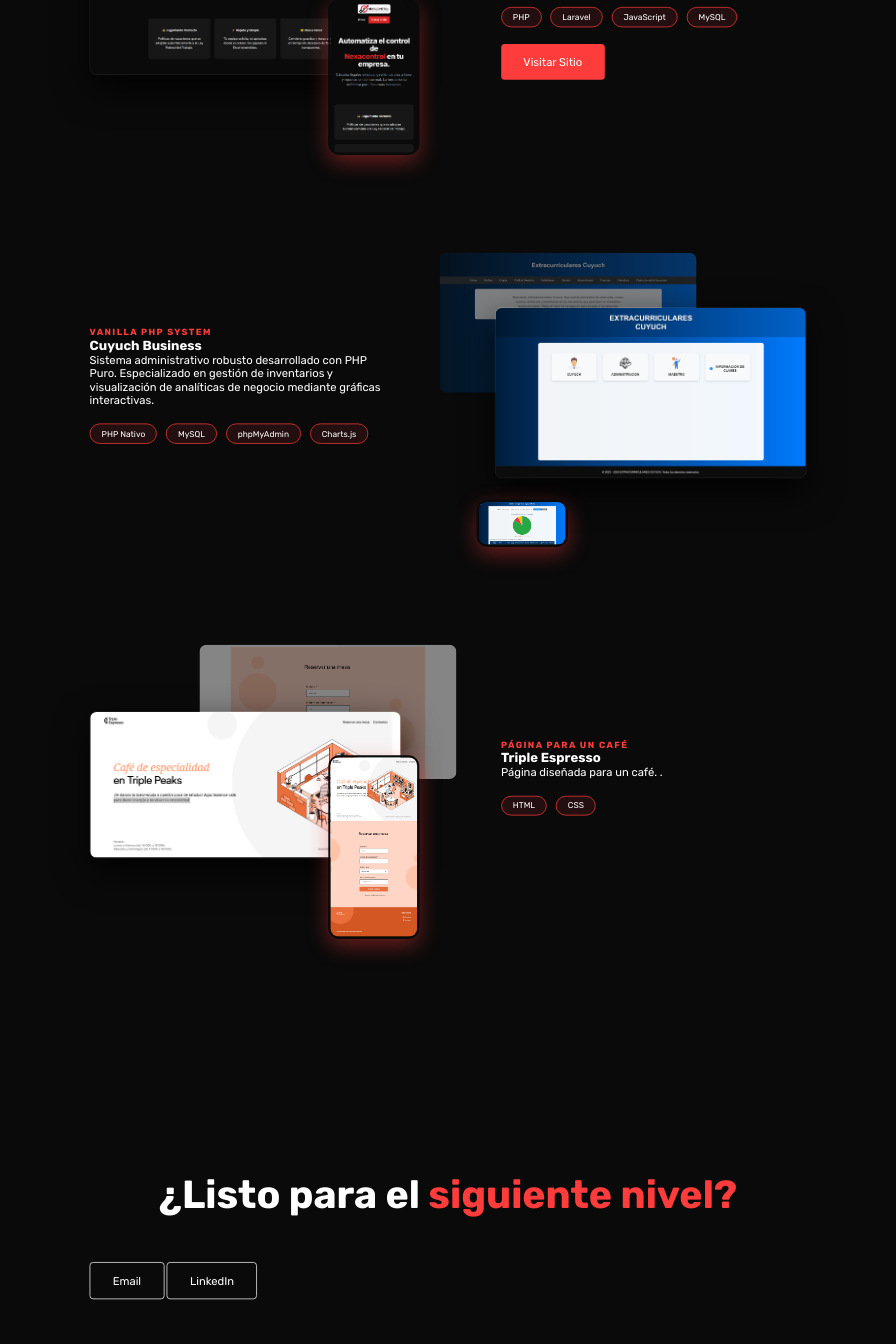
Repository: hercules830/Mi-portfolio-profesional
Page: index.html
These files come from the project's save history. The page is drawn as it stood at one moment and after the next save; the edit follows.
The browser window is 1280 px wide. The pictures show the part of the page from y = 1690 to 3610 px (the page is 3610 px tall), at 70% of full size.
Some web fonts or font styles are not loaded; a fallback is used.

Above is the page before, as saved 2026-05-30 20:08:31.

### index.html
<!DOCTYPE html>
<html lang="es">
  <head>
    <meta charset="UTF-8" />
    <meta name="viewport" content="width=device-width, initial-scale=1.0" />
    <link rel="stylesheet" href="styles.css" />
    <link rel="preconnect" href="https://fonts.googleapis.com" />
    <link rel="preconnect" href="https://fonts.gstatic.com" crossorigin />
    <link
      href="https://fonts.googleapis.com/css2?family=Rubik:wght@300;400;700&family=Rubik+Storm&display=swap"
      rel="stylesheet"
    />
    <title>Brayan Espinoza | Full Stack Developer</title>
  </head>
  <body>
    <header class="header">
      <nav class="nav">
        <div class="logo-container">
          <p class="logo">BRAYAN <span>ESPINOZA</span></p>
        </div>
        <ul class="links">
          <li><a class="link" href="#inicio">Inicio</a></li>
          <li><a class="link" href="#habilidades">Habilidades</a></li>
          <li><a class="link" href="#proyectos">Proyectos</a></li>
          <li><a class="link" href="#contacto">Contacto</a></li>
        </ul>
      </nav>

      <div class="description" id="inicio">
        <h1 class="header-title">Brayan</h1>
        <p class="my-description">Engineer + Full Stack Web Developer</p>
        <div class="cta-container">
          <a href="#proyectos" class="btn-primary">Ver Proyectos</a>
          <a href="#contacto" class="btn-secondary">Contáctame</a>
        </div>
      </div>
    </header>

    <section class="section" id="habilidades">
      <h2 class="section-title">Habilidades <span>Técnicas</span></h2>
      <div class="skills-grid">
        <div class="skill-card">
          <h3>Backend</h3>
          <p>PHP, Laravel, Node.js, MySQL, Eloquent ORM, REST APIs</p>
        </div>
        <div class="skill-card">
          <h3>Frontend</h3>
          <p>JavaScript (ES6+), React, HTML5, CSS3, Tailwind</p>
        </div>
        <div class="skill-card">
          <h3>Herramientas</h3>
          <p>Git, Postman, SCRUM, Linux, arquitectura de bases de datos</p>
        </div>
      </div>
    </section>

    <section class="section" id="proyectos">
      <h2 class="section-title">Proyectos <span>SaaS</span></h2>

      <!-- PROYECTO 1: NEXACONTROL (Tecnologías originales) -->
      <div class="featured-project">
        <div class="featured-img-container">
          <img
            src="assets/img/projects/indexNexa.png"
            alt="Nexacontrol Landing"
            class="img-lead zoomable"
          />
          <img
            src="assets/img/projects/panelJefeAreaNexa.png"
            alt="Nexacontrol Panel"
            class="img-panel zoomable"
          />
          <img
            src="assets/img/projects/indexNexaPhone.png"
            alt="Nexacontrol Mobile"
            class="img-phone zoomable"
          />
        </div>
        <div class="featured-info">
          <span class="tag">SaaS Ecosystem</span>
          <h3>Nexacontrol</h3>
          <p>
            Plataforma integral de gestión de capital humano. Automatiza
            cálculos de legislación laboral, control de asistencia y flujos de
            aprobación para RRHH.
          </p>
          <div class="tech-stack">
            <span>PHP</span><span>Laravel</span><span>JavaScript</span
            ><span>MySQL</span>
          </div>
          <div class="actions">
            <a
              href="https://nexacontrolapp.com"
              target="_blank"
              class="btn-primary"
              >Visitar Sitio</a
            >
          </div>
        </div>
      </div>

      <!-- PROYECTO 2: CUYUCH (PHP Puro / Vanilla) -->
      <div class="featured-project reverse">
        <div class="featured-info">
          <span class="tag">Vanilla PHP System</span>
          <h3>Cuyuch Business</h3>
          <p>
            Sistema administrativo robusto desarrollado con PHP Puro.
            Especializado en gestión de inventarios y visualización de
            analíticas de negocio mediante gráficas interactivas.
          </p>
          <div class="tech-stack">
            <span>PHP Nativo</span><span>MySQL</span><span>phpMyAdmin</span
            ><span>Charts.js</span>
          </div>
        </div>
        <div class="featured-img-container">
          <img
            src="assets/img/projects/indexCuyuch.png"
            alt="Cuyuch Home"
            class="img-lead zoomable"
          />
          <img
            src="assets/img/projects/panelCuyuch.png"
            alt="Cuyuch Admin"
            class="img-panel zoomable"
          />
          <img
            src="assets/img/projects/graficaCuyuch.png"
            alt="Cuyuch Stats"
            class="img-phone zoomable"
          />
        </div>
      </div>

      <!-- PROYECTO 3: Triple Expresso (HTML, CSS) -->
      <div class="featured-project">
        <div class="featured-img-container">
          <img
            src="assets/img/projects/headTripleExpresso.png"
            alt="Cuyuch Home"
            class="img-lead zoomable"
          />
          <img
            src="assets/img/projects/formTripleEspresso.png"
            alt="Cuyuch Admin"
            class="img-panel zoomable"
          />
          <img
            src="assets/img/projects/phoneTripleEspresso.png"
            alt="Cuyuch Stats"
            class="img-phone zoomable"
          />
        </div>
        <div class="featured-info">
          <span class="tag">Página para un Café</span>
          <h3>Triple Espresso</h3>
          <p>Página diseñada para un café. .</p>
          <div class="tech-stack"><span>HTML</span><span>CSS</span></div>
        </div>
      </div>
    </section>

    <!-- MODAL PARA ZOOM (Lightbox) -->
    <div id="imageModal" class="modal">
      <span class="close">&times;</span>
      <img class="modal-content" id="imgFull" />
    </div>

    <footer class="section" id="contacto">
      <h2 class="section-title">
        ¿Listo para el <span>siguiente nivel?</span>
      </h2>
      <div class="social-links">
        <a href="mailto:musicabjhe830@gmail.com" class="btn-secondary">Email</a>
        <a
          href="https://www.linkedin.com/in/brayan-espinoza-57191512a"
          target="_blank"
          class="btn-secondary"
          >LinkedIn</a
        >
      </div>
    </footer>

    <script src="script.js"></script>
  </body>
</html>

### styles.css
:root {
  --primary-red: #ff3c3c;
  --dark-bg: #0a0a0a;
  --card-bg: #141414;
  --text-white: #ffffff;
  --gray-text: #b3b3b3;
}

* {
  margin: 0;
  padding: 0;
  box-sizing: border-box;
  scroll-behavior: smooth;
}
body {
  background-color: var(--dark-bg);
  color: var(--text-white);
  font-family: "Rubik", sans-serif;
  overflow-x: hidden;
}

/* --- HEADER --- */
.header {
  height: 100vh;
  background: linear-gradient(to bottom, transparent 60%, var(--dark-bg) 100%),
    linear-gradient(rgba(0, 0, 0, 0.5), rgba(0, 0, 0, 0.5)),
    url("assets/background.jpg");
  background-size: cover;
  background-position: center;
  display: flex;
  flex-direction: column;
}
.nav {
  display: flex;
  justify-content: space-between;
  padding: 2rem 5%;
  align-items: center;
}
.logo {
  font-weight: bold;
  letter-spacing: 2px;
}
.logo span {
  color: var(--primary-red);
}
.links {
  display: flex;
  list-style: none;
  gap: 2rem;
}
.link {
  color: white;
  text-decoration: none;
  font-size: 0.9rem;
  transition: 0.3s;
}
.link:hover {
  color: var(--primary-red);
}

.description {
  flex: 1;
  display: flex;
  flex-direction: column;
  justify-content: center;
  padding-left: 10%;
}
.header-title {
  font-family: "Rubik Storm", cursive;
  font-size: clamp(4rem, 10vw, 8rem);
  color: var(--primary-red);
  text-shadow: 0 0 30px rgba(255, 60, 60, 0.4);
}
.my-description {
  font-size: 1.5rem;
  color: var(--gray-text);
  margin-bottom: 2rem;
}

/* --- BOTONES --- */
.btn-primary {
  background: var(--primary-red);
  color: white;
  padding: 1rem 2rem;
  text-decoration: none;
  border-radius: 5px;
  transition: 0.3s;
  display: inline-block;
}
.btn-secondary {
  border: 1px solid white;
  color: white;
  padding: 1rem 2rem;
  text-decoration: none;
  border-radius: 5px;
  transition: 0.3s;
  display: inline-block;
}
.btn-primary:hover {
  transform: scale(1.05);
  box-shadow: 0 0 20px rgba(255, 60, 60, 0.4);
}

/* --- SECCIONES --- */
.section {
  padding: 8rem 10% 4rem 10%;
}
.section-title {
  font-size: clamp(2rem, 5vw, 3.5rem);
  margin-bottom: 4rem;
  text-align: center;
}
.section-title span {
  color: var(--primary-red);
}

.skills-grid {
  display: grid;
  grid-template-columns: repeat(auto-fit, minmax(280px, 1fr));
  gap: 2rem;
}
.skill-card {
  background: var(--card-bg);
  padding: 3rem;
  border-radius: 15px;
  border-left: 5px solid var(--primary-red);
  transition: 0.3s;
}
.skill-card h3 {
  margin-bottom: 1rem;
  color: var(--primary-red);
}

/* --- SHOWCASE DE PROYECTOS --- */
.featured-project {
  display: grid;
  grid-template-columns: 1.2fr 1fr;
  gap: 4rem;
  margin-bottom: 10rem;
  align-items: center;
}
.featured-project.reverse {
  grid-template-columns: 1fr 1.2fr;
}

.featured-img-container {
  position: relative;
  height: 400px;
  display: flex;
  align-items: center;
}
.img-lead {
  width: 85%;
  border-radius: 10px;
  box-shadow: 0 20px 50px rgba(0, 0, 0, 0.8);
  z-index: 2;
  transition: 0.5s;
  cursor: pointer;
  border: 1px solid rgba(255, 255, 255, 0.1);
}
.img-panel {
  position: absolute;
  top: 0;
  right: 0;
  width: 70%;
  border-radius: 10px;
  z-index: 1;
  opacity: 0.5;
  filter: blur(1px);
  transition: 0.5s;
  cursor: pointer;
}
.img-phone {
  position: absolute;
  bottom: -20px;
  right: 10%;
  width: 130px;
  z-index: 3;
  border: 3px solid var(--dark-bg);
  border-radius: 15px;
  box-shadow: 0 10px 30px rgba(255, 60, 60, 0.4);
  transition: 0.5s;
  cursor: pointer;
}

/* Inversión de imágenes para el modo reverse */
.reverse .img-lead {
  margin-left: auto;
}
.reverse .img-panel {
  left: 0;
  right: auto;
}
.reverse .img-phone {
  left: 10%;
  right: auto;
}

.featured-project:hover .img-lead {
  transform: translateX(-10px);
}
.featured-project:hover .img-panel {
  opacity: 1;
  filter: blur(0);
  transform: translate(10px, -10px);
}
.featured-project:hover .img-phone {
  transform: scale(1.1);
}

.tag {
  color: var(--primary-red);
  font-weight: bold;
  font-size: 0.8rem;
  letter-spacing: 2px;
  text-transform: uppercase;
}
.tech-stack {
  margin: 1.5rem 0;
  display: flex;
  gap: 0.8rem;
  flex-wrap: wrap;
}
.tech-stack span {
  background: rgba(255, 60, 60, 0.1);
  padding: 0.4rem 1rem;
  border-radius: 20px;
  border: 1px solid var(--primary-red);
  font-size: 0.75rem;
}

/* --- MODAL (ZOOM) --- */
.modal {
  display: none;
  position: fixed;
  z-index: 1000;
  padding-top: 50px;
  left: 0;
  top: 0;
  width: 100%;
  height: 100%;
  background-color: rgba(0, 0, 0, 0.9);
}
.modal-content {
  margin: auto;
  display: block;
  width: 80%;
  max-width: 1200px;
  border-radius: 10px;
  border: 2px solid var(--primary-red);
}
.close {
  position: absolute;
  top: 15px;
  right: 35px;
  color: #f1f1f1;
  font-size: 40px;
  font-weight: bold;
  cursor: pointer;
}

@media (max-width: 1000px) {
  .featured-project,
  .featured-project.reverse {
    grid-template-columns: 1fr;
    gap: 2rem;
  }
  .featured-img-container {
    height: 300px;
    order: -1;
  }
  .featured-info {
    text-align: center;
  }
  .tech-stack {
    justify-content: center;
  }
}

### script.js
document.addEventListener("DOMContentLoaded", () => {
  // 1. Lógica del Modal (Zoom de Imágenes)
  const modal = document.getElementById("imageModal");
  const modalImg = document.getElementById("imgFull");
  const span = document.getElementsByClassName("close")[0];

  document.querySelectorAll(".zoomable").forEach((img) => {
    img.onclick = function () {
      modal.style.display = "block";
      modalImg.src = this.src;
    };
  });

  span.onclick = function () {
    modal.style.display = "none";
  };

  modal.onclick = function (event) {
    if (event.target == modal) {
      modal.style.display = "none";
    }
  };

  // 2. Efecto Revelado al hacer Scroll (Intersection Observer)
  const observerOptions = { threshold: 0.1 };
  const observer = new IntersectionObserver((entries) => {
    entries.forEach((entry) => {
      if (entry.isIntersecting) {
        entry.target.style.opacity = "1";
        entry.target.style.transform = "translateY(0)";
      }
    });
  }, observerOptions);

  document.querySelectorAll(".section, .featured-project").forEach((el) => {
    el.style.opacity = "0";
    el.style.transform = "translateY(40px)";
    el.style.transition = "all 0.8s ease-out";
    observer.observe(el);
  });
});

After the next save:
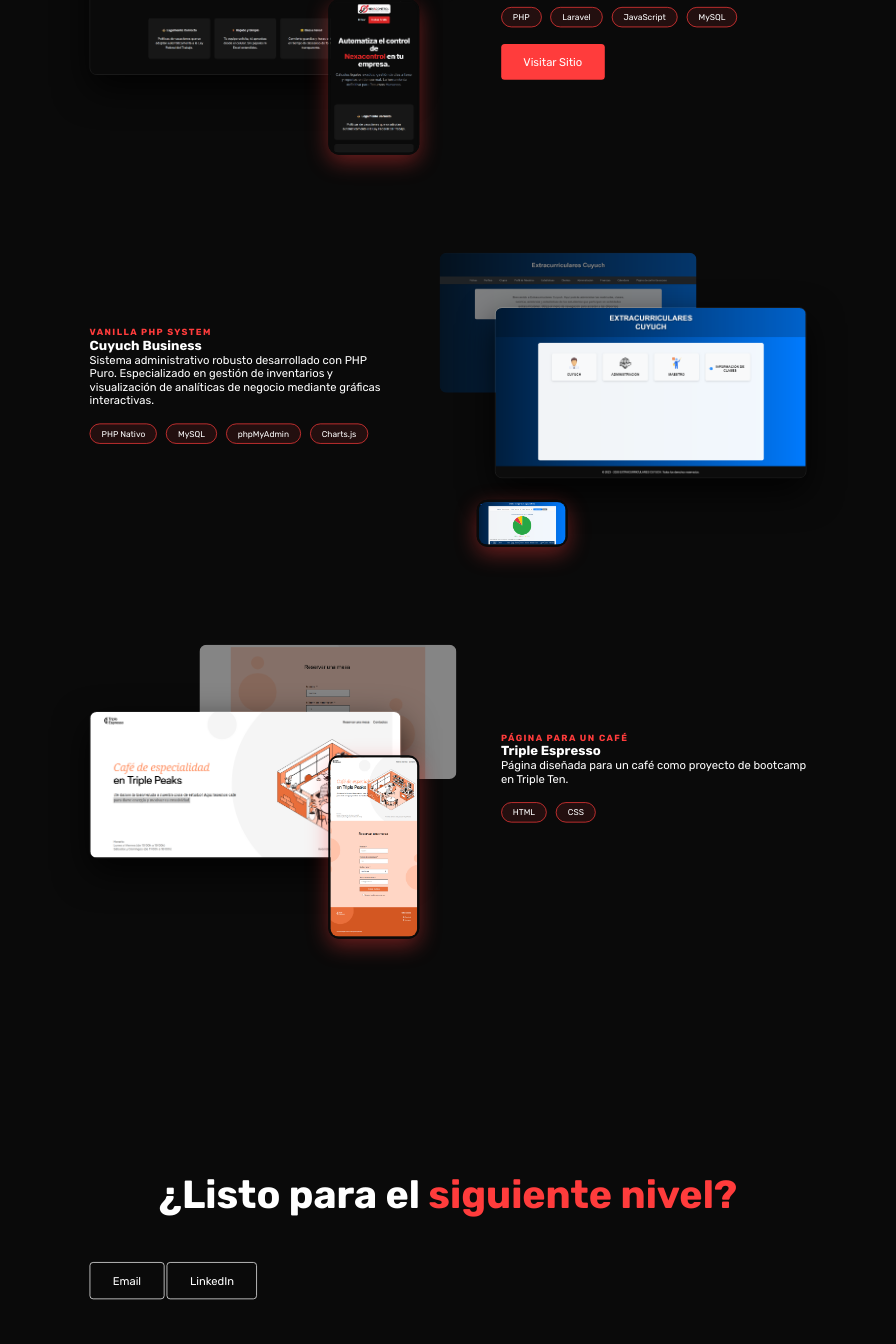
Saved 110 s later.
--- a/index.html
+++ b/index.html
@@ -155,7 +155,10 @@
         <div class="featured-info">
           <span class="tag">Página para un Café</span>
           <h3>Triple Espresso</h3>
-          <p>Página diseñada para un café. .</p>
+          <p>
+            Página diseñada para un café como proyecto de bootcamp en Triple
+            Ten.
+          </p>
           <div class="tech-stack"><span>HTML</span><span>CSS</span></div>
         </div>
       </div>
